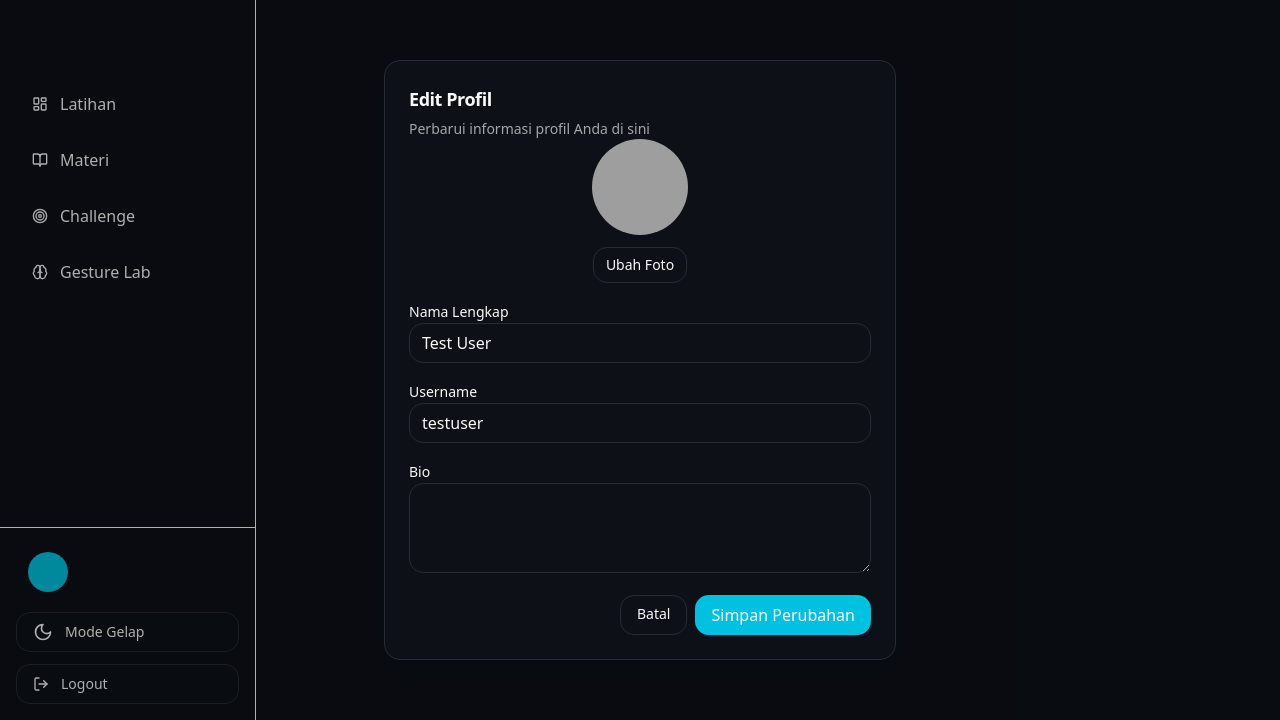
Repository: Tisna7/GESTURA
Page: http://localhost/profile/edit
An editor plug-in stored every save of this project. The page is shown before and after a run of saves, followed by the edit.
The browser window is 1280 px wide. The pictures show the whole page.
Pictures or frames that could not be fetched are drawn as grey boxes. The page is served by the project's Laravel application, run on PHP 8.4 with Laravel 12. A made-up administrator, Test User (test@example.com), is signed in. Style sheets and scripts are compiled from the project's sources, by tool versions that may differ from the author's.

Above is the page before, as saved 2025-11-23 16:21:52.

After the next 3 saves:
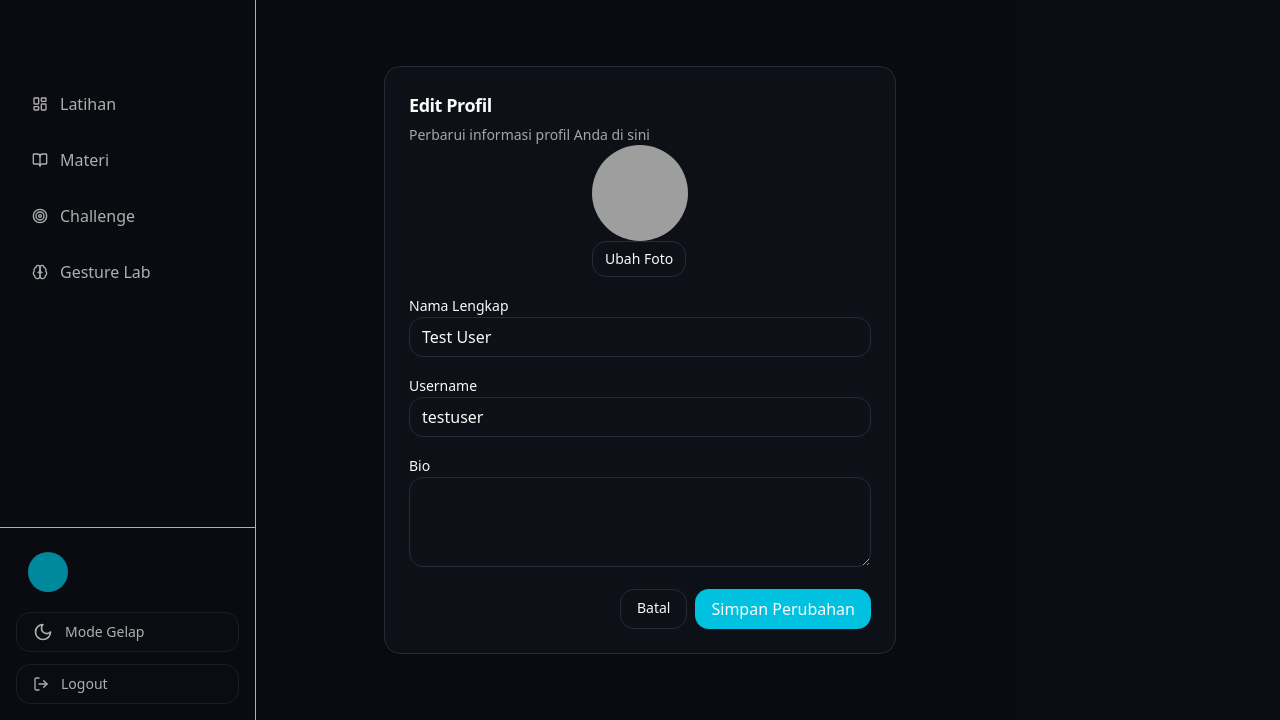
The 3 saves are shown as one change because they came seconds apart.
The last was saved 11 s later.
--- a/resources/views/user/profile-edit.blade.php
+++ b/resources/views/user/profile-edit.blade.php
@@ -27,6 +27,8 @@
 <div class="flex flex-col items-center gap-3 mb-4">
 
     {{-- FOTO YANG DITAMPILKAN --}}
+    <form action="{{ route('profile.update') }}" method="POST" enctype="multipart/form-data">
+    @csrf
     <span class="relative flex overflow-hidden rounded-full h-24 w-24 border-4 border-primary/20">
         <img id="previewImage" class="h-full w-full object-cover"
             src="{{ $user->profile_image
